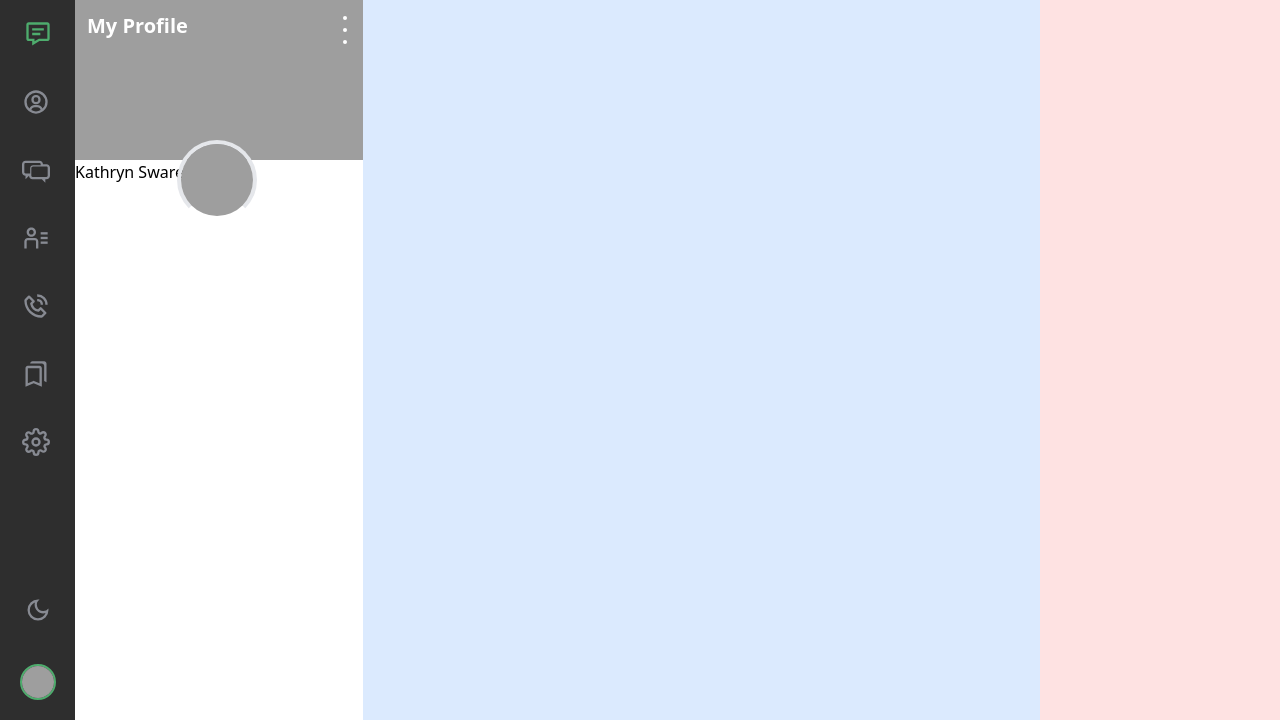
Repository: satya-ranjon/Chat-app
Page: /
These files come from the project's save history. The page is drawn as it stood at one moment and after the next save; the edit follows.
The browser window is 1280 px wide. The pictures show the whole page.
Pictures or frames that could not be fetched are drawn as grey boxes. The project was rebuilt for these pictures with package versions that can differ from the ones it lists, and the page was loaded fresh each time.

Above is the page before, as saved 2022-03-31 03:47:40.

After the next save:
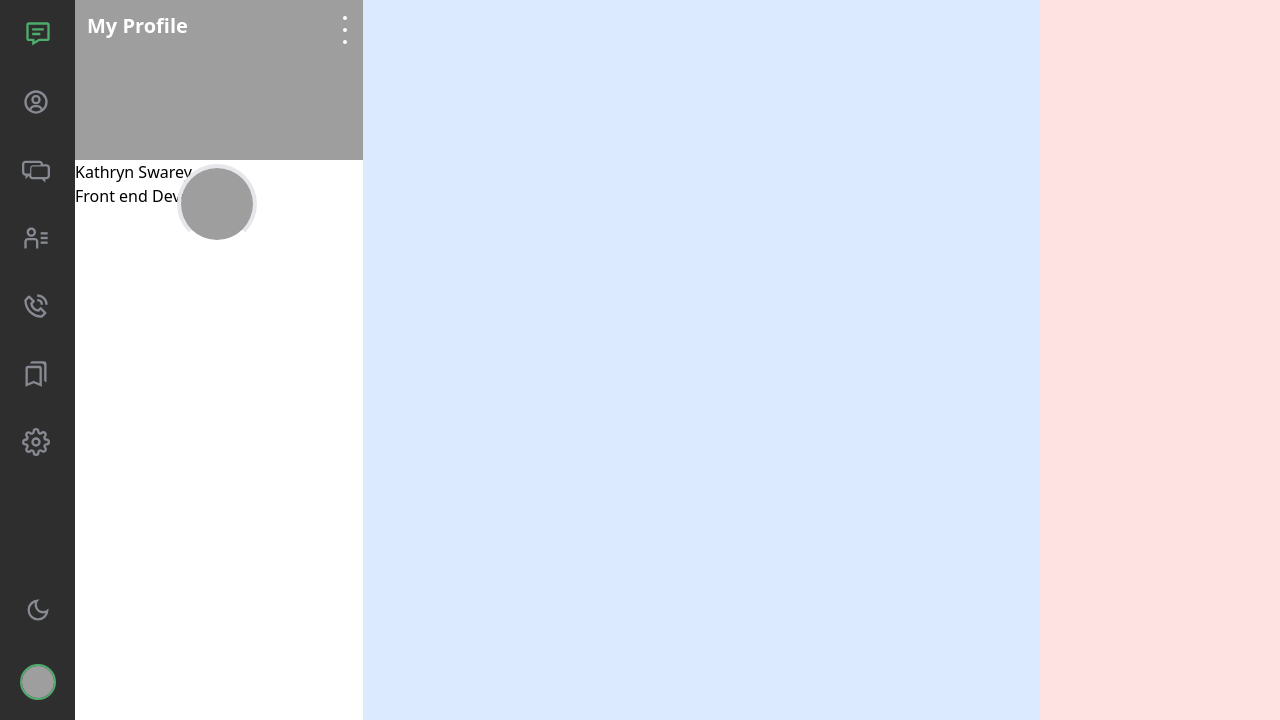
Saved 7 s later.
--- a/src/components/MyProfile/MyProfile.jsx
+++ b/src/components/MyProfile/MyProfile.jsx
@@ -19,6 +19,7 @@ export default function MyProfile() {
             <p className="bg-white w-1 h-1 rounded-full m-1"></p>
           </div>
           <p>Kathryn Swarey</p>
+          <span>Front end Developer</span>
         </div>
       </div>
     </div>
